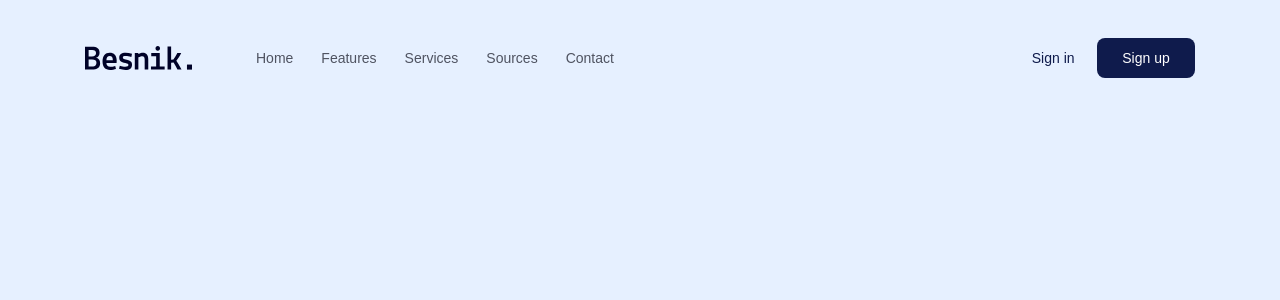
Repository: Daidoichihuy/project-01
Page: index.html
The author's editor kept a copy of each file at every save. The page is drawn from the files as they stood at one save, then again after the next save.
The browser window is 1280 px wide. The pictures show the whole page.

Above is the page before, as saved 2024-04-28 11:12:59.

After the next save:
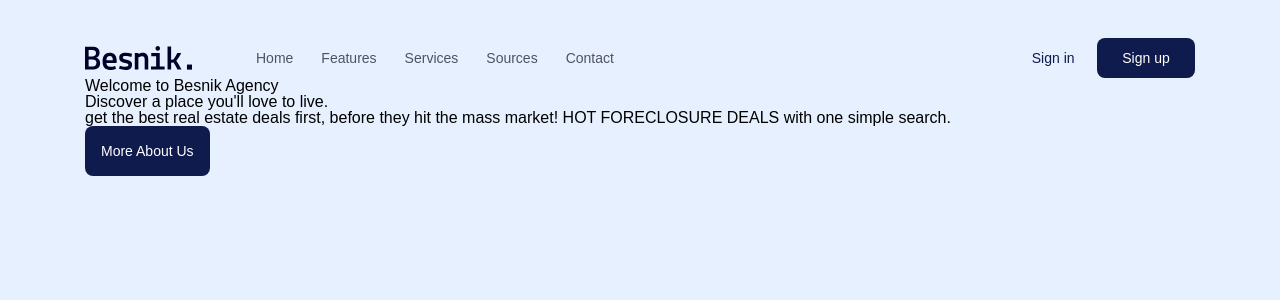
Saved 8 min 31 s later.
--- a/index.html
+++ b/index.html
@@ -29,6 +29,17 @@
               <a href="#!" class="btn action-btn">Sign up</a>
             </div>
           </nav>
+          <div class="hero">
+            <div class="info">
+              <p class="sub-title">Welcome to Besnik Agency</p>
+              <h1 class="sub">Discover a place you'll love to live.</h1>
+              <p class="des">
+                get the best real estate deals first, before they hit the mass
+                market! HOT FORECLOSURE DEALS with one simple search.
+              </p>
+              <a href="#!" class="btn">More About Us</a>
+            </div>
+          </div>
         </div>
       </header>
     </main>
